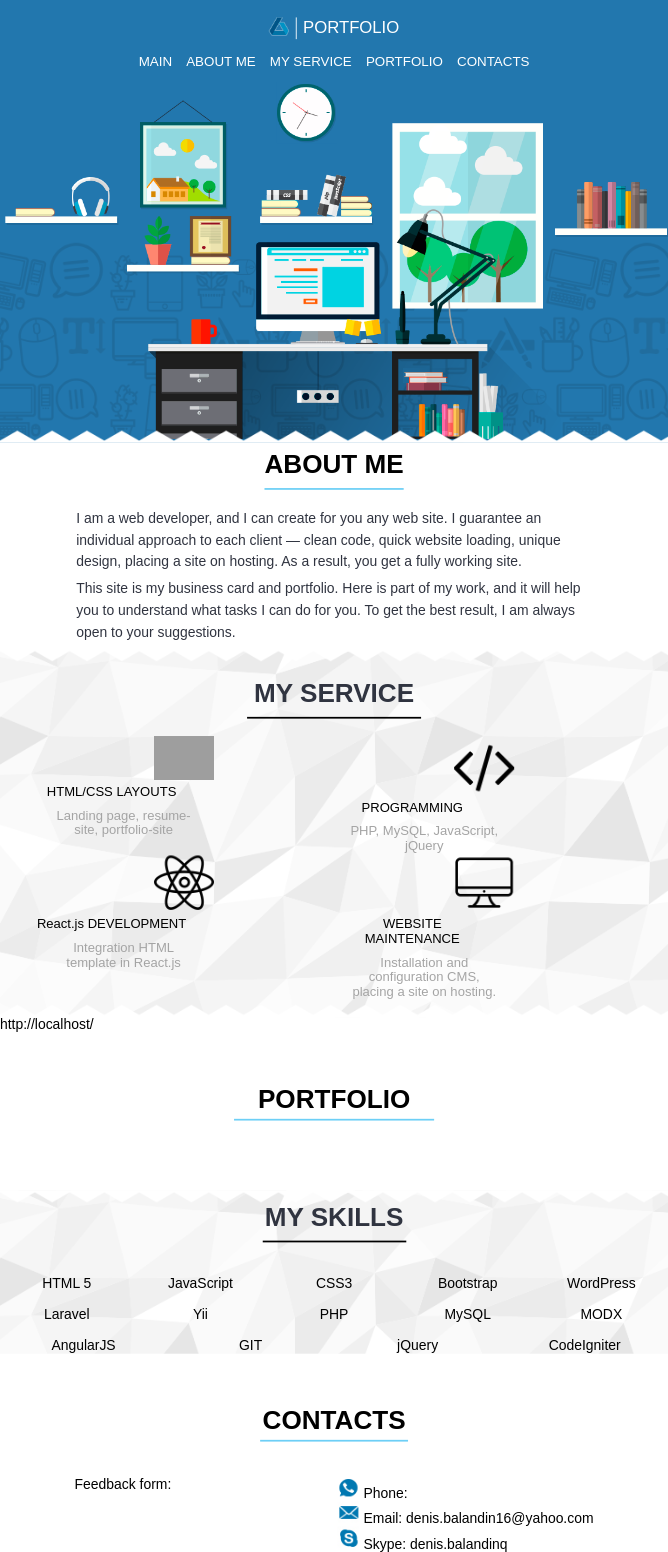
Repository: DenisBalandin/Portfolio
Page: /
The author's editor kept a copy of each file at every save. The page is drawn from the files as they stood at one save, then again after the next save.
The browser window is 768 px wide. The pictures show the whole page, at 87% of full size.
Pictures or frames that could not be fetched are drawn as grey boxes. The page's requests for data from a server got no answer. The project was rebuilt for these pictures with package versions that can differ from the ones it lists, and the page was loaded fresh each time. No one was signed in, and anything a server would have sent is missing. Also part of the build but not shown: src/ItemPage.js.

Above is the page before, as saved 2020-03-07 15:28:48.

### src/App.js
import React from 'react';
import './style.scss';
import ItemPage from './ItemPage';
import Home from './Home';
import Header from './Header';


import {BrowserRouter as Router,Route, Link} from 'react-router-dom';

function App(){
  return (
    <Router>
      <Header/>
      <Route exact path="/pageitem" component={ItemPage} />

      <Route exact path="/pageitem/:itemid" component={ItemPage} />
      <Route exact path="/" component={Home} />
    </Router>
  );
}

export default App;

### src/style.scss
*{padding: 0; margin: 0;}
body{font-family: Arial; min-width: 500px; }
a{text-decoration: none; color: #FFFFFF; text-decoration: none;}
li{list-style: none;}

/* Heder */
#first_page_bg{
    width:100%;
    height: 70%;
    background: #2277ae;
    header{
        width: 65%;
        margin: 0 auto 0 auto;
        .up_menu_links{
            display: flex;
            justify-content: space-between;
           padding: 2% 0 0 0;
            .social_link{
                width: 30%;
                a{

                    img{
                        width: 7%;
                    }
                    margin: 0 3% 0 3%;
                }
            }
            .email_heder{
                 width: 30%;
                margin: 0 1.5% 0 0;
                a{
                    // display: flex;
                    .email_icon{
                        // width: 15%;
                        // width: 100%;
                        img{
                            width: 100%;
                            // position: absolute;
                            margin: 0 0 0 -2%;
                            // height: 100%;
                        }
                    }
                    div{
                        margin: 0.3% -2% 0 15%;
                        font-size: 1.0vw;
                    }
                }
            }
        }
        menu{
            margin:2% 0 5% 0;
            display: flex;
            justify-content: space-between;
            flex-wrap: wrap;
            width: 100%;
            .logo{
                width: 30%;
                display: flex;
                height: 100%;
                img{
                   width: 100%;
                //    height: 100%;
                //    margin: 5% 0 0% 0;
                }
                .company_name{
                    margin: auto;
                    margin: 0% 0 0 5%;
                    // height: 90%;
                    padding: 0 0 0 5%;
                    border-left: #FFFFFF 1px solid;
                    font-size: 2.5vw;
                    // height: 100%;
                    display: table;
                    a{
                        vertical-align: middle;
                    }
                }
            }
            .menu_heder{
                padding: 1.2% 0 0 0;
                width: 53%;
                display: flex;
                justify-content: space-between;
                div{
                    display: table;
                    a{
                        font-size: 1.2vw;
                        vertical-align: middle;

                    }
                    a:hover{
                        text-decoration: underline;
                    }
                }
            }
        }
    }
}
/*Heder end*/

/*Page*/
#first_page_bg_single{ width: 100%; height: 195px; background: #2277ae; padding:0px 0 0 0; overflow: hidden;}
.bg_page_insaide_page{width: 100%; background: url("img/pattop1.png") repeat-x; height: 230px; position: relative; z-index:5;}
.deltatop_page_page{width: 100%; background: url("img/deltatop.png") repeat-x; height: 14px; position: relative; z-index: 20; margin: -13px 0 0 0;}
#content_page{
    max-width: 1200px;
    margin: 30px auto 0px auto;
    display: flex;
    flex-wrap: wrap;
    flex-direction: row;
    justify-content: space-around;
}
.content_pageh1{
    font-size: 30px;
    text-transform: uppercase;
    text-align: center;
    font-weight: bold;
    position: relative;
    margin-bottom: 30px;
    color:#303440;
    text-decoration: underline;
    padding: 40px 0 10px 0;
}
#content_page img{
    width: 100%;
    height: auto;
}
/*Page end*/
.order_site{float: right; margin: 15px 0 0 20px; width: 178px; height: 30px; border: 1px solid #6ca6cd; text-align: center; color: #ffffff; padding: 10px 0 0 0; font-size: 14px; box-shadow: 9px 8px 4px -7px #2277ae; }
.order_site:hover{background: #0298cc; cursor: pointer;}
.company_name{
    color: #ffffff;
    font-size: 45px;
    margin: -10px 0 0 15px;
}
.company_name a{color: #FFFFFF;}
.company_name a:hover{color: #FFFFFF; text-decoration: none;}
.logo_border{
    width: 1px; height: 50px; background: #FFFFFF; margin: 0 10px 0 25px;
}
.content_description{
    max-width: 750px;
    height: 60px;
    float: left;
    font-size: 14px;
    color: #303440;
    margin: 0 0px 0 0;
}
.tools{ font-size: 15px; color: #303440; padding: 0 0 0 0px; }
.content_link{font-size: 15px; color: #303440; margin:0px 0 20px 0;}
.content_link a{color: #303440; text-decoration: underline;}
.content_link a:hover{text-decoration: none;}
.content_text{
    width: 80%;
    background: #fff;
    border: 1px solid #59759b;
    overflow: hidden;
    margin: 0 auto 0 auto;
}
.content_text img{
    width: 100%!important;
    height: 50%!important;
}
.web_line{ background:url("img/web_line.jpg")no-repeat;  display: inline-block; height: 69px; max-width: 1150px; margin: 0 0 -5px 0; border-right: 1px solid #59759b; border-left: 1px solid #59759b; border-top: 1px solid #59759b;}
.content_url{float: left; margin: 40px 0 0 160px;}
.content_url a{color: #585353;}
/*Links end*/
.flex-container {
    display: flex;
    flex-direction:  row-reverse;
}
/*Top Menu*/
.heder_menu{
    display: flex;
}
.top_menu{
    margin: 20px 0;
    display: flex;
    flex-direction:row;
}
/*Page bg*/
.page_bg{
    margin: -10px auto 0 auto;
}
.bg_page_insaide{width: 100%; background: url("img/pattop.png") repeat-x;  position: relative; z-index:5; background-position: bottom;
    display: flex;
    flex-direction: column;
}
.bg_page_insaide_single{width: 100%; margin: 15px 0 0 0; background: url("img/pattop.png") repeat-x; height: 130px; position: relative; z-index:5;}
.deltatop_page{width: 100%; background: url("img/deltatop.png") repeat-x; height: 14px; position: relative; z-index: 20; margin: -14px 0 0 0;}
/*Page bg end*/

/*About me*/
#about_me{
    width: 85%;
    margin:  1% auto 0% auto;
    h1{
        font-size: 30px;
        text-transform: uppercase;
        margin: 0 auto 2% auto;
        font-weight: bold;
        position: relative;
        border-bottom: 2px solid #6dcff6;
        width: 160px;
        padding: 0 0 10px 0;
    }
    .about_me_content{
    display: inline-block;
    height: 40%!important;

        p{
            box-sizing: border-box;
            font-size: 20px "Roboto";
            line-height: 25px;
            color: #303440; margin: 1% 0 1% 0;
        }
        img{
            // width: 30%;
            padding: 0 5% 0 5%;
            margin: 0 0 0% 0;

        }
    }
}
/*About me end*/

/*My Service*/
#my_service_bg{
    height: 100%;
    background: url("img/bgdelta.png") repeat-x;
    h3{
        font-size: 30px;
        text-transform: uppercase;
        font-weight: bold;
        color: #303440;
        width: 200px;
        text-align: center;
        margin: 20px auto 20px auto;
        border-bottom: 2px #000000 solid;
        padding: 0 0 10px 0;
    }
    .my_service_line_top{
        width: 100%;
        height: 14px;
        background: url("img/deltabottom.png") repeat-x;
    }
    .my_service_line_bottom{
        width: 100%;
        height: 14px;
        background: url("img/deltatop.png") repeat-x;
    }
    #my_service{
        width: 90%;
        margin: 0px auto 1% auto;
        display: flex;
        div{
            // text-align: center;
            width: 30%;
            .text_img{
              width: 30%;
              margin: 0 auto 0 auto;
              img{
                 width: 100%;
              }
            }
            .text_1{
                width: 100%;
                padding: 0 1% 0 1%;
                font-size: 15px;
            }
            .text_2{
                width: 100%;
                padding: 0 5% 0 5%;
                color:#a4a4a4;
                font-size: 15px;
            }
        }
    }
}


/*My service end*/

/*Portfolio*/
#portfolio{
    max-width: 1200px;
    margin: 0 auto 40px auto;
    display: flex;
    flex-direction:row;
    flex-wrap: wrap;
    justify-content: center;
}
.portfolioh3{
    font-size: 30px;
    text-transform: uppercase;
    text-align: center;
    font-weight: bold;
    position: relative;
    border-bottom: 2px solid #6dcff6;
    width: 230px;
    margin: 60px auto 40px auto;
    padding: 0 0 5px 0;
}
#portfolio .portfolioblock{
    border: 1px solid #bfd2e1;
    width: 368px;
    margin: 10px;
    box-shadow: 5px 5px 4px -5px #000000;
}
#portfolio div img{
    margin: -12px 0 0px 0;
    display: inline-block;
}
.p_name{
    background:#2d7eb2;
    text-align: center;
    height: 40px;
    opacity: 0.8;
    padding: 2px 20px;
    margin: 0 auto 0 auto;
}
.p_name a{
    font-size: 20px;
    color: #ffffff;
}
.p_name:hover{
    text-decoration: none;
}
/*Portfolio end*/

/*Content blog*/
#content_blog{ max-width: 1200px;  margin: 0 auto 40px auto; min-height: 300px;}
/*Content blog end*/



/*I used*/
#my_skils_bg{
    width: 100%;
    height: 100%;
    background: url("img/bgdelta.png") repeat-x;
    margin: 0 0 40px 0;
}
.my_skils_line_top{
    width: 100%;
    height: 14px;
    background: url("img/deltabottom.png") repeat-x;
}
.my_skils_line_bottom{
    width: 100%;
    height: 14px;
    background: url("img/deltatop.png") repeat-x;
}
#my_skils{
    max-width: 1200px;
    margin: 10px auto 0px auto;
    display: flex;
    flex-direction:row;
    flex-wrap: wrap;
}
#my_skils div img{}
.my_skillsh3{
    font-size: 30px;
    text-transform: uppercase;
    font-weight: bold;
    color: #303440;
    width: 165px;
    text-align: center;
    margin: 0 auto 20px auto;
    border-bottom: 2px #000000 solid;
    padding: 0 0 10px 0;
}
#my_skils div{ width: 140px; text-align: center; margin: 0 0 20px 18px;}
#my_skils div img{margin: 0 0 10px 0; width:40%;}
.about_me_img{}
.text_1{ text-align: center;}
.text_2{ text-align: center; margin: 10px 0 0 0; color:#a4a4a4; font-size: 13px;}
/*I used end*/

/*Portfolio*/
.contactsh3{
    font-size: 30px;
    text-transform: uppercase;
    text-align: center;
    font-weight: bold;
    position: relative;
    border-bottom: 2px solid #6dcff6;
    width: 170px;
    margin: 60px auto 40px auto;
    padding: 0 0 5px 0;
}
#contacts{
    max-width: 1200px;
    margin: 0 auto 0px auto;
    display: flex;
    flex-direction:row;
    flex-wrap: wrap;
    justify-content: space-around;
}
.formcont{ margin: 0 20px 0 0;}
.formcont input{border: 1px solid #dddddd; margin: 10px 0 10px 0; width: 250px; height: 30px; color: #666666; padding: 0 0 0 10px;}
.formcont textarea{border: 1px solid #dddddd; margin: 10px 0 10px 0; width: 410px; height: 70px; color: #666666; padding: 15px 0 0 10px;}
.formcont button{ background:#0298cc; height: 40px; width: 180px; color: #ffffff; font-size: 18px; border: 1px solid #6ca6cd; cursor: pointer;}
.formcont button:hover{ background:#2277ae;}
/*Portfolio end*/

/*Footer*/
#footer_bg{background: #2277ae; width: 100%; height: 100px; margin: 50px 0 0 0; }
#footer{max-width: 1200px;  margin: 10px auto 0px auto; height: 50px;}
.copyright{ color: #ffffff; margin: 25px 0 0 10px;}
.footermenu{ margin: 25px 0 0 0;}
.footermenu li{float: left; font-size: 14px; margin: 0 10px 0 10px; color: #ffffff; border-bottom: 1px solid #ffffff;}
.footermenu li:hover{border-bottom: 1px solid #2277ae;}
/*footer end*/


@media all and (max-width: 900px) {
    menu{
        display: block!important;
        .logo{
            width: 60%;
           margin: 2% auto 2% auto;
        }
        .menu_heder{
            width: 90%!important;
            margin: 2% auto 4% auto;
            a{
                font-size: 2vw!important;
            }

        }
    }
    .social_link{
        display: none
    }
    .email_heder{
        display: none
    }
    #my_service{
        flex-wrap: wrap;
        div{
            width: 50%!important;
            text-align: center;
            .text_img{
                width: 20%!important;
                margin: 0 auto 0 auto;
                img{
                   width: 100%;
                }
              }
        }

    }

    #about_me p img {
        width: 0%;
    }

    #my_skils div img {
        width: 0% !important;
    }

    #my_skils{
        justify-content: space-around!important;
    }
    #my_skils div{
        margin: 0 !important;
    }
    .top_menu{
        display: none!important;
    }
    .menu{
        margin: 10px 0 40px 0!important;
        justify-content: space-around !important;
    }
    #about_me p{
        padding: 0 30px 0 30px!important;
    }
}

### src/Home.js
import React,{Component} from 'react';
import AboutMe from './AboutMe';
import MyService from './MyService';
import MySkills from './MySkills';
import Contacts from './Contacts';
import Portfolio from './Portfolio';
import {BrowserRouter as Router,Route, Link} from 'react-router-dom';


class Home extends Component{
    render(){
        return(
            <div>
                <Router>
                    <AboutMe/>
                    <MyService/>
                    <Portfolio/>
                    <MySkills/>
                    <Contacts/>
                </Router>
            </div>
        );
    }
}
export default Home;

### src/AboutMe.js
import React from 'react';
import aboutme from './img/aboutme.png';

function AboutMe(){
    return(
        <div id="about_me">
            <h1>ABOUT ME</h1>
            <div className="about_me_content">
                <p>
                    <img className="about_me_img" align="right" src={aboutme} width="40%"/>
                    I am a web developer, and I can create for you any web site. I guarantee an individual approach to each client — clean code, quick website loading, unique design, placing a site on hosting. As a result, you get a fully working site.
                </p>
                <p>
                    This site is my business card and portfolio. Here is part of my work, and it will help you to understand what tasks I can do for you. To get the best result, I am always open to your suggestions.
                </p>
            </div>
        </div>
    );
}
export default AboutMe;

### src/MyService.js
import React from 'react';
import html_icon from './img/html_icon.png';
import code_icon from './img/code_icon.png';
import react from './img/react_icon.png';
import display_icoon from './img/display_icoon.png';

function MyService(){
    return(
        <div id="my_service_bg">
          <div className="my_service_line_top"></div>
          <h3>MY SERVICE</h3>
          <div id="my_service">
              <div>
                <div  className="text_img"><img src={html_icon} /></div>
                <div className="text_1">HTML/CSS LAYOUTS</div>
                <div className="text_2">Landing page, resume-site, portfolio-site</div>
              </div>
              <div>
              <div  className="text_img"><img  src={code_icon} /></div>
                <div className="text_1">PROGRAMMING</div>
                <div className="text_2">PHP, MySQL, JavaScript, jQuery</div>
              </div>
              <div>
              <div  className="text_img"><img src={react}/></div>
                <div className="text_1">React.js DEVELOPMENT</div>
                <div className="text_2">Integration HTML template in React.js</div>
              </div>
              <div>
              <div  className="text_img"><img src={display_icoon}/></div>
                <div className="text_1">WEBSITE MAINTENANCE</div>
                <div className="text_2">Installation and configuration CMS, placing a site on hosting.</div>
              </div>
          </div>
          <div className="my_service_line_bottom"></div>
      </div>
    );
}
export default MyService;

### src/MySkills.js
import React from 'react';
import css3 from './img/css3.png';
import bootstrap from './img/bootstrap.png';

function MySkills(){
    return(
        <div id="my_skils_bg">
            <div className="my_skils_line_top"></div>
            <h3 className="my_skillsh3">My Skills</h3>
            <div id="my_skils">
                <div>
                    <img src="<?php bloginfo('template_directory'); ?>/img/html5.png" />
                    <p>HTML 5</p>
                </div>
                <div>
                    <img src="<?php bloginfo('template_directory'); ?>/img/js.png"/>
                    <p>JavaScript</p>
                </div>
                <div><img src={css3}/> <p>CSS3</p></div>
                <div><img src={bootstrap}/><p>Bootstrap</p></div>
                <div><img src="<?php bloginfo('template_directory'); ?>/img/wordpress.png"/><p>WordPress</p></div>
                <div><img src="<?php bloginfo('template_directory'); ?>/img/laravel.png"/><p>Laravel</p></div>
                <div><img src="<?php bloginfo('template_directory'); ?>/img/yii.png"/><p>Yii</p></div>
                <div><img src="<?php bloginfo('template_directory'); ?>/img/php.png"/><p>PHP</p></div>
                <div><img src="<?php bloginfo('template_directory'); ?>/img/mysql.png"/><p>MySQL</p></div>
                <div><img src="<?php bloginfo('template_directory'); ?>/img/modx.png"/><p>MODX</p></div>
                <div><img src="<?php bloginfo('template_directory'); ?>/img/angular.png"/><p>AngularJS</p></div>
                <div><img src="<?php bloginfo('template_directory'); ?>/img/git.png"/><p>GIT</p></div>
                <div><img src="<?php bloginfo('template_directory'); ?>/img/jquery.png"/><p>jQuery</p></div>
                <div><img src="<?php bloginfo('template_directory'); ?>/img/codeigniter.png"/><p>CodeIgniter</p></div>
            </div>
            <div className="my_service_line_bottom"></div>
        </div>
    );
}
export default MySkills;

### src/Contacts.js
import React from 'react';
import skype_cont from './img/skype_cont.jpg';
import mail_cont from './img/mail_cont.jpg';
import phone_cont from './img/phone_cont.png';

function Contacts(){
    return(
        <>
            <h3 className="contactsh3">CONTACTS</h3>
            <div id="contacts">
                <div className="formcont">
                    <p>Feedback form:</p>

                </div>
                <div className="contacts">
                    <div>
                    <img src={phone_cont}/> <span>Phone:</span>
                    </div>
                    <div>
                    <img src={mail_cont}/> <span>Email: denis.balandin16@yahoo.com  </span>
                    </div>
                    <div>
                    <img src={skype_cont}/> <span>Skype: denis.balandinq </span>
                    </div>
                </div>
            </div>
        </>
    );
}
export default Contacts;

### src/Portfolio.js
import React,{Component} from 'react';
import portfolioicon from './img/portfolioicon.jpg';
import { db } from "./firebase";
import ReactHtmlParser, { processNodes, convertNodeToElement, htmlparser2 } from 'react-html-parser';
import {BrowserRouter as Router,Route, Link} from 'react-router-dom';

class Portfolio extends Component{
    constructor(props){
        super(props);
        this.state = {
            pages:[]
        }
    }
    componentDidMount(){
        this.getFetch();
    }
    getFetch = () => {
        // db.collection("messages")
        // .get()
        // .then(querySnapshot => {
        //     let fullArray = [];
        //     const data = querySnapshot.docs.map(doc => doc.data());
        //     for(var int = 0; int < data.length; int++){
        //         fullArray[int] = {
        //             name: data[int].name,
        //             date:data[int].date,
        //             check:data[int].check,
        //             id: querySnapshot.docs[int].id,
        //         }
        //     }
        //     this.setState({ users: fullArray });
        // });
        fetch('http://testwoo/wp-json/wp/v2/posts')
        .then(response => response.json())
        .then(
            result => this.setState({
                pages:result
            })
        );
    }

    render(){
       return(
           <>
           {window.location.href}
            {/* <Route exact path="/"  component={Home}/> */}
            <h3 className="portfolioh3">PORTFOLIO</h3>
            <div id="portfolio">
                {this.state.pages.map((page, index)=>
                    <div className="portfolioblock">
                        {/* <Link to={`/pageitem/${page.id}`}>
                            <img src={portfolioicon}  width="368"/>
                            { ReactHtmlParser(page.excerpt.rendered)}
                        </Link>
                        <div className="p_name">
                            <a href="/pexuniverse/">{page.title.rendered}</a>
                        </div> */}
                    </div>
                )}


            </div>
        </>
       );
   }
}
export default Portfolio;

### src/firebase.js
import firebase from 'firebase';

const firebaseApp = firebase.initializeApp({
    apiKey: "AIzaSyBH21wpMVzXC2kYGnD8x1tI6ru-zdWNAqs",
    authDomain: "test-4ba23.firebaseapp.com",
    databaseURL: "https://test-4ba23.firebaseio.com",
    projectId: "test-4ba23",
    storageBucket: "test-4ba23.appspot.com",
    messagingSenderId: "597606478464",
    appId: "1:597606478464:web:6e48455407186638df2c65",
    measurementId: "G-NDR2C185V9"
});

const db = firebaseApp.firestore();

export {db};

Loaded but not shown: public/index.html (common file); src/index.js (common file); src/index.css (common file); src/serviceWorker.js (common file); src/Header.js (72 lines, source omitted)

After the next save:
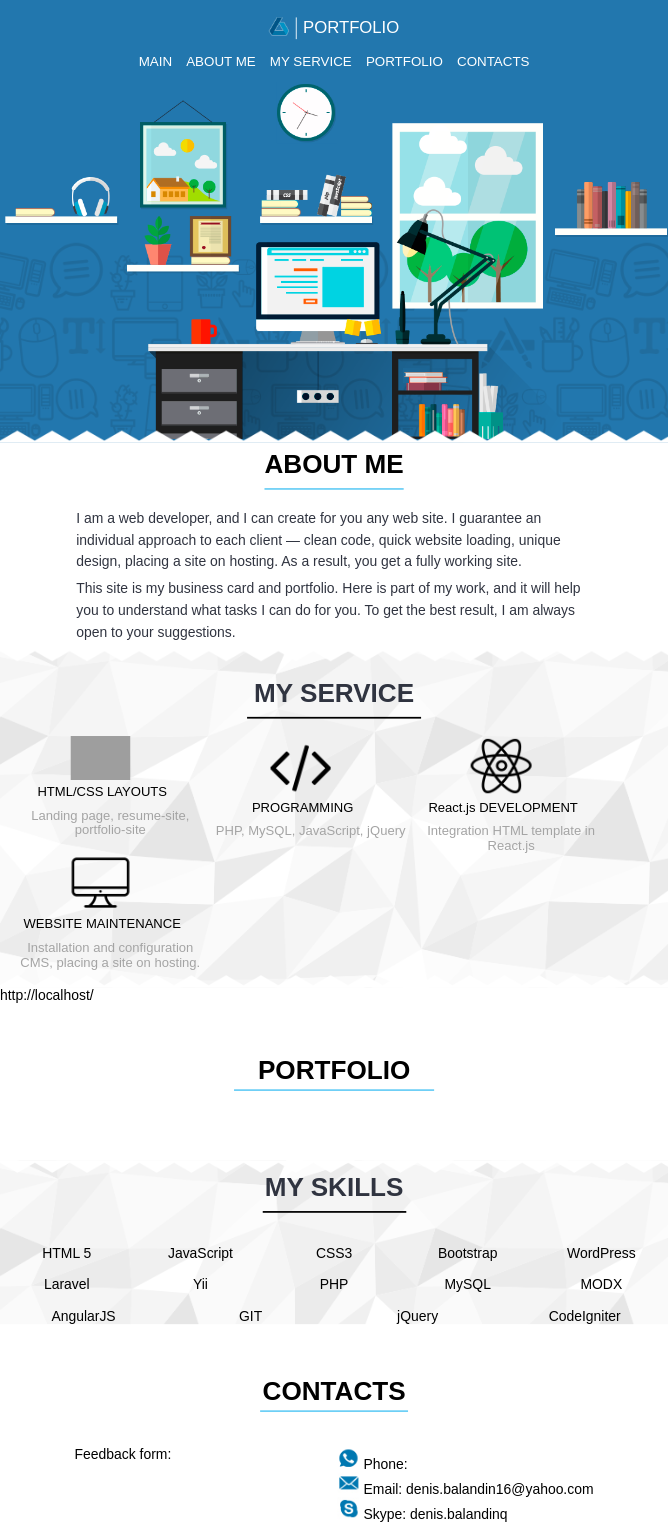
Saved 40 s later.
--- a/src/style.scss
+++ b/src/style.scss
@@ -437,18 +437,19 @@
         display: none
     }
     #my_service{
+        width: 100%!important;
         flex-wrap: wrap;
-        div{
-            width: 50%!important;
-            text-align: center;
-            .text_img{
-                width: 20%!important;
-                margin: 0 auto 0 auto;
-                img{
-                   width: 100%;
-                }
-              }
-        }
+        // div{
+        //     width: 50%!important;
+        //     text-align: center;
+        //     .text_img{
+        //         width: 20%!important;
+        //         margin: 0 auto 0 auto;
+        //         img{
+        //            width: 100%;
+        //         }
+        //       }
+        // }
 
     }
 
